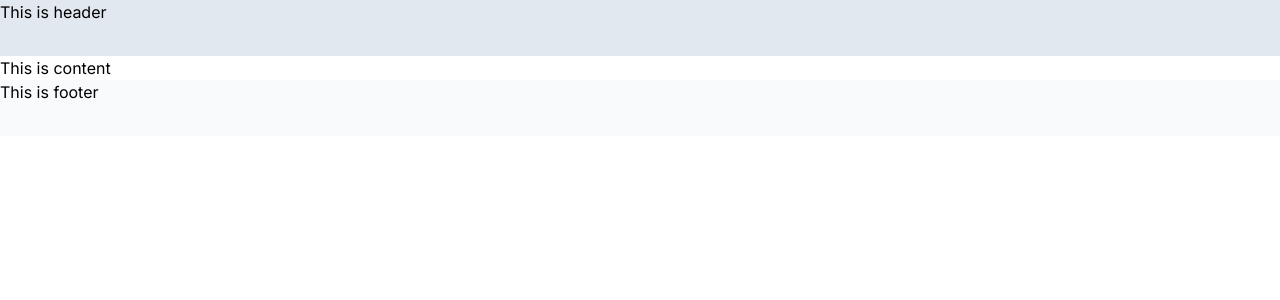
Repository: nirazanbasnet/test-react-swipeable
Page: /
The author's editor kept a copy of each file at every save. The page is drawn from the files as they stood at one save, then again after the next save.
The browser window is 1280 px wide. The pictures show the whole page.
The project was rebuilt for these pictures with package versions that can differ from the ones it lists, and the page was loaded fresh each time. The framework's server and built-in components were replaced by stand-ins that run in the browser. Also part of the build but not shown: next.config.mjs.

Above is the page before, as saved 2024-02-07 09:41:55.

After the next save:
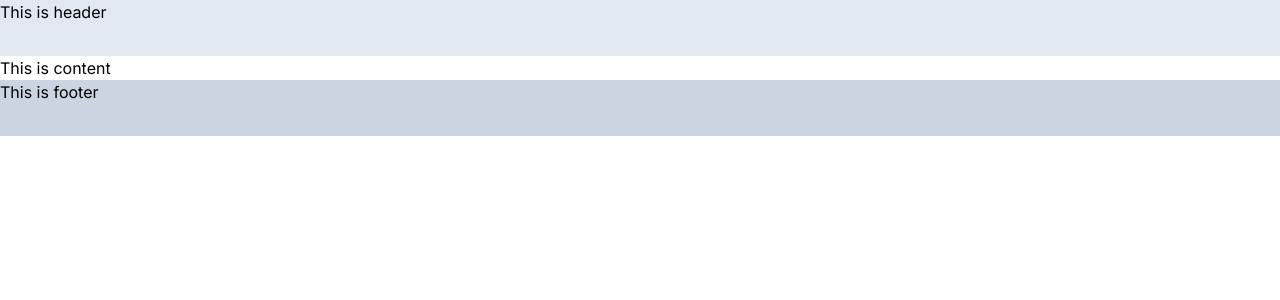
Saved 5 s later.
--- a/src/components/AppLayout.js
+++ b/src/components/AppLayout.js
@@ -3,7 +3,7 @@ export default function AppLayout({ children }) {
 		<>
 			<header className="h-14 bg-slate-200">This is header</header>
 			<main>{children}</main>
-			<footer className="h-14 bg-slate-50">This is footer</footer>
+			<footer className="h-14 bg-slate-300">This is footer</footer>
 		</>
 	);
 }
